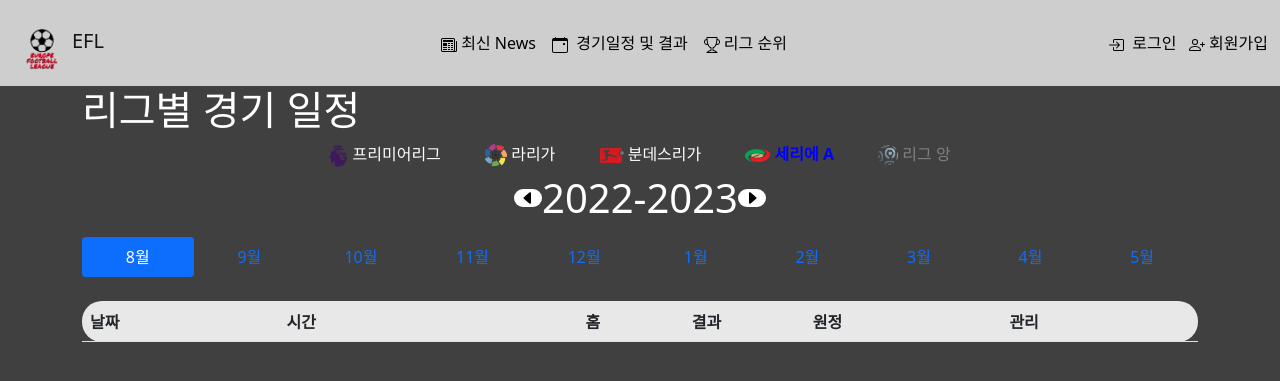
Repository: kylekimkim/uefa_project
Page: http://localhost/admin/match/2223/listSerie
The author's editor kept a copy of each file at every save. The page is drawn from the files as they stood at one save, then again after the next save.
The browser window is 1280 px wide. The pictures show the whole page.
The page is this project's Thymeleaf template; nobody is signed in. The template is opened directly, without the code that normally fills it, so the values that code supplies are empty.

Above is the page before, as saved 2022-07-22 03:49:10.

### uefa_project/src/main/resources/templates/admin/match/2223/listSerie.html
<html lang="en" xmlns:th="http:/www.thymeleaf.org">
	<head>
		<meta charset="UTF-8">
	</head>
	<style>
	.league{
		width: 100px;
	    height: 100px;
	    padding: 10px;
	    margin: 10px;
	    text-decoration: none;
	    text-align: center;
	    color:rgb(128, 128, 128);
	}
	.season{
		display: flex;
		justify-content: center;
		align-items:center;
		top:50%;
		left:50%;
		width: 50%;
	    height: 30px;
	    padding: 10px;
	    margin:0 auto;
	    text-decoration: none;
	    text-align: center;
	    font-size:40px;
	    color:white;
	}
	.move{
		background-color:white;
		border-radius:30px;
		border: 0px;
	}
	th,td{
		padding:50px;
	}
	table{
		width:100%;
	}
	.score{
		text-align: center;
	}
	h1{
		color:white;
	}
	span{
		color:white;
	}
	</style>
	<body class="admin">
		<header th:insert="header_nav.html"></header>
		<div class="container">
			<h1>리그별 경기 일정</h1>

				<p style="text-align: center;">
					<a class="league" href="/admin/match/2223/list.do">
						<span> <img src="/img/league/epl.png" alt="league_image"> 프리미어리그</span>
					</a>
					<a class="league" href="/admin/match/2223/listLaliga">
						<img src="/img/league/laliga.png" alt="league_image"><span> 라리가</span>
					</a>
					<a class="league" href="/admin/match/2223/listBundes">
						<img src="/img/league/bundes.png" alt="league_image"><span><span> 분데스리가</span>
					</a>
					<a class="league" href="/admin/match/2223/listSerie">
						<img src="/img/league/serie.png" alt="league_image"><span><strong style="color:blue"> 세리에 A</strong></span>
					</a>
					<a class="league" href="/admin/match/2223/listAng">
						<img src="/img/league/ang.png" alt="league_image"> 리그 앙</span>
					</a>
				</p>

				<div class="season">
					<button class="move" type="submit" onclick="location.href='/admin/match/2122/listSerie'">
						<svg xmlns="http://www.w3.org/2000/svg" width="16" height="16" fill="currentColor" class="bi bi-caret-left-fill" viewBox="0 0 16 16">
  							<path d="m3.86 8.753 5.482 4.796c.646.566 1.658.106 1.658-.753V3.204a1 1 0 0 0-1.659-.753l-5.48 4.796a1 1 0 0 0 0 1.506z"/>
						</svg>
					</button>
					 2022-2023
					<button class="move" type="submit" onclick="confirm()">
						<svg xmlns="http://www.w3.org/2000/svg" width="16" height="16" fill="currentColor" class="bi bi-caret-right-fill" viewBox="0 0 16 16">
							<path d="m12.14 8.753-5.482 4.796c-.646.566-1.658.106-1.658-.753V3.204a1 1 0 0 1 1.659-.753l5.48 4.796a1 1 0 0 1 0 1.506z"/>
						</svg>
					</button>
				</div>
				<br>
			<nav>
				<div class="nav nav-pills nav-justified" id="nav-tab" role="tablist">
				    <button class="nav-link active" id="aug-list-tab" data-bs-toggle="tab" data-bs-target="#aug-list" type="button" role="tab" aria-controls="aug-list" aria-selected="true">8월</button>
				    <button class="nav-link" id="sep-list-tab" data-bs-toggle="tab" data-bs-target="#sep-list" type="button" role="tab" aria-controls="sep-list" aria-selected="false">9월</button>
				    <button class="nav-link" id="oct-list-tab" data-bs-toggle="tab" data-bs-target="#oct-list" type="button" role="tab" aria-controls="oct-list" aria-selected="false">10월</button>
				    <button class="nav-link" id="nov-list-tab" data-bs-toggle="tab" data-bs-target="#nov-list" type="button" role="tab" aria-controls="nov-list" aria-selected="false">11월</button>
				  	<button class="nav-link" id="dec-list-tab" data-bs-toggle="tab" data-bs-target="#dec-list" type="button" role="tab" aria-controls="dec-list" aria-selected="false">12월</button>
				  	<button class="nav-link" id="jan-list-tab" data-bs-toggle="tab" data-bs-target="#jan-list" type="button" role="tab" aria-controls="jan-list" aria-selected="false">1월</button>
				  	<button class="nav-link" id="feb-list-tab" data-bs-toggle="tab" data-bs-target="#feb-list" type="button" role="tab" aria-controls="feb-list" aria-selected="false">2월</button>
				  	<button class="nav-link" id="mar-list-tab" data-bs-toggle="tab" data-bs-target="#mar-list" type="button" role="tab" aria-controls="mar-list" aria-selected="false">3월</button>
				  	<button class="nav-link" id="api-list-tab" data-bs-toggle="tab" data-bs-target="#api-list" type="button" role="tab" aria-controls="api-list" aria-selected="false">4월</button>
				  	<button class="nav-link" id="may-list-tab" data-bs-toggle="tab" data-bs-target="#may-list" type="button" role="tab" aria-controls="may-list" aria-selected="false">5월</button>
			  	</div>
			</nav>
			<br>
			<div class="tab-content" id="nav-tabContent">
  				<div class="tab-pane fade show active" id="aug-list" role="tabpanel" aria-labelledby="nav-home-tab">
	  				<table class="table">
						<thead>
							<th>날짜</th><th>시간</th><th style="text-align: right;">홈</th><th style="text-align: center;">결과</th><th>원정</th><th>관리</th>
						</thead>
						<tbody>
							<tr th:each="aug:${Aug}">
								<td th:text="${#dates.format(aug.matchDate,'MM-dd')}" style="color:blue"></td>
								<td th:text="${aug.matchTime}"></td>
								<td style="text-align: right;">[[${aug.homeTeam}]]<img th:src="@{/img/{img}(img=${aug.homeLogo})}" width="35px;"></td>
								<td class="score" style="font-size:20px;">[[${aug.homeScore}]] : [[${aug.awayScore}]]</td>
								<td><img th:src="@{/img/{img}(img=${aug.awayLogo})}" width="35px;">[[${aug.awayTeam}]]</td>
								<td><a  style="text-decoration:none" th:href="@{/admin/match/2223/modify(matchNum=${aug.matchNum})}">수정</a></td>
							</tr>
						</tbody>
					</table>
				</div>
				<div class="tab-pane fade" id="sep-list" role="tabpanel" aria-labelledby="nav-home-tab">
	  				<table class="table">
						<thead>
							<th>날짜</th><th>시간</th><th style="text-align: right;">홈</th><th style="text-align: center;">결과</th><th>원정</th><th>관리</th>
						</thead>
						<tbody>
							<tr th:each="sep:${Sep}">
								<td th:text="${#dates.format(sep.matchDate,'MM-dd')}" style="color:blue"></td>
								<td th:text="${sep.matchTime}"></td>
								<td style="text-align: right;">[[${sep.homeTeam}]]<img th:src="@{/img/{img}(img=${sep.homeLogo})}" width="35px;"></td>
								<td class="score" style="font-size:20px;">[[${sep.homeScore}]] : [[${sep.awayScore}]]</td>
								<td><img th:src="@{/img/{img}(img=${sep.awayLogo})}" width="35px;">[[${sep.awayTeam}]]</td>
								<td><a  style="text-decoration:none" th:href="@{/admin/match/2223/modify(matchNum=${sep.matchNum})}">수정</a></td>
							</tr>
						</tbody>
					</table>
				</div>
				<div class="tab-pane fade" id="oct-list" role="tabpanel" aria-labelledby="nav-home-tab">
	  				<table class="table">
						<thead>
							<th>날짜</th><th>시간</th><th style="text-align: right;">홈</th><th style="text-align: center;">결과</th><th>원정</th><th>관리</th>
						</thead>
						<tbody>
							<tr th:each="oct:${Oct}">
								<td th:text="${#dates.format(oct.matchDate,'MM-dd')}" style="color:blue"></td>
								<td th:text="${oct.matchTime}"></td>
								<td style="text-align: right;">[[${oct.homeTeam}]]<img th:src="@{/img/{img}(img=${oct.homeLogo})}" width="35px;"></td>
								<td class="score" style="font-size:20px;">[[${oct.homeScore}]] : [[${oct.awayScore}]]</td>
								<td><img th:src="@{/img/{img}(img=${oct.awayLogo})}" width="35px;">[[${oct.awayTeam}]]</td>
								<td><a  style="text-decoration:none" th:href="@{/admin/match/2223/modify(matchNum=${oct.matchNum})}">수정</a></td>
							</tr>
						</tbody>
					</table>
				</div>
				<div class="tab-pane fade" id="nov-list" role="tabpanel" aria-labelledby="nav-home-tab">
	  				<table class="table">
						<thead>
							<th>날짜</th><th>시간</th><th style="text-align: right;">홈</th><th style="text-align: center;">결과</th><th>원정</th><th>관리</th>
						</thead>
						<tbody>
							<tr th:each="nov:${Nov}">
								<td th:text="${#dates.format(nov.matchDate,'MM-dd')}" style="color:blue"></td>
								<td th:text="${nov.matchTime}"></td>
								<td style="text-align: right;">[[${nov.homeTeam}]]<img th:src="@{/img/{img}(img=${nov.homeLogo})}" width="35px;"></td>
								<td class="score" style="font-size:20px;">[[${nov.homeScore}]] : [[${nov.awayScore}]]</td>
								<td><img th:src="@{/img/{img}(img=${nov.awayLogo})}" width="35px;">[[${nov.awayTeam}]]</td>
								<td><a  style="text-decoration:none" th:href="@{/admin/match/2223/modify(matchNum=${nov.matchNum})}">수정</a></td>
							</tr>
						</tbody>
					</table>
				</div>
				<div class="tab-pane fade" id="dec-list" role="tabpanel" aria-labelledby="nav-home-tab">
	  				<table class="table">
						<thead>
							<th>날짜</th><th>시간</th><th style="text-align: right;">홈</th><th style="text-align: center;">결과</th><th>원정</th><th>관리</th>
						</thead>
						<tbody>
							<tr th:each="dec:${Dec}">
								<td th:text="${#dates.format(dec.matchDate,'MM-dd')}" style="color:blue"></td>
								<td th:text="${dec.matchTime}"></td>
								<td style="text-align: right;">[[${dec.homeTeam}]]<img th:src="@{/img/{img}(img=${dec.homeLogo})}" width="35px;"></td>
								<td class="score" style="font-size:20px;">[[${dec.homeScore}]] : [[${dec.awayScore}]]</td>
								<td><img th:src="@{/img/{img}(img=${dec.awayLogo})}" width="35px;">[[${dec.awayTeam}]]</td>
								<td><a  style="text-decoration:none" th:href="@{/admin/match/2223/modify(matchNum=${dec.matchNum})}">수정</a></td>
							</tr>
						</tbody>
					</table>
				</div>
				<div class="tab-pane fade" id="jan-list" role="tabpanel" aria-labelledby="nav-home-tab">
	  				<table class="table">
						<thead>
							<th>날짜</th><th>시간</th><th style="text-align: right;">홈</th><th style="text-align: center;">결과</th><th>원정</th><th>관리</th>
						</thead>
						<tbody>
							<tr th:each="jan:${Jan}">
								<td th:text="${#dates.format(jan.matchDate,'MM-dd')}" style="color:blue"></td>
								<td th:text="${jan.matchTime}"></td>
								<td style="text-align: right;">[[${jan.homeTeam}]]<img th:src="@{/img/{img}(img=${jan.homeLogo})}" width="35px;"></td>
								<td class="score" style="font-size:20px;">[[${jan.homeScore}]] : [[${jan.awayScore}]]</td>
								<td><img th:src="@{/img/{img}(img=${jan.awayLogo})}" width="35px;">[[${jan.awayTeam}]]</td>
								<td><a  style="text-decoration:none" th:href="@{/admin/match/2223/modify(matchNum=${jan.matchNum})}">수정</a></td>
							</tr>
						</tbody>
					</table>
				</div>
				<div class="tab-pane fade" id="feb-list" role="tabpanel" aria-labelledby="nav-home-tab">
	  				<table class="table">
						<thead>
							<th>날짜</th><th>시간</th><th style="text-align: right;">홈</th><th style="text-align: center;">결과</th><th>원정</th><th>관리</th>
						</thead>
						<tbody>
							<tr th:each="feb:${Feb}">
								<td th:text="${#dates.format(feb.matchDate,'MM-dd')}" style="color:blue"></td>
								<td th:text="${feb.matchTime}"></td>
								<td style="text-align: right;">[[${feb.homeTeam}]]<img th:src="@{/img/{img}(img=${feb.homeLogo})}" width="35px;"></td>
								<td class="score" style="font-size:20px;">[[${feb.homeScore}]] : [[${feb.awayScore}]]</td>
								<td><img th:src="@{/img/{img}(img=${feb.awayLogo})}" width="35px;">[[${feb.awayTeam}]]</td>
								<td><a  style="text-decoration:none" th:href="@{/admin/match/2223/modify(matchNum=${feb.matchNum})}">수정</a></td>
							</tr>
						</tbody>
					</table>
				</div>
				<div class="tab-pane fade" id="mar-list" role="tabpanel" aria-labelledby="nav-home-tab">
	  				<table class="table">
						<thead>
							<th>날짜</th><th>시간</th><th style="text-align: right;">홈</th><th style="text-align: center;">결과</th><th>원정</th><th>관리</th>
						</thead>
						<tbody>
							<tr th:each="mar:${Mar}">
								<td th:text="${#dates.format(mar.matchDate,'MM-dd')}" style="color:blue"></td>
								<td th:text="${mar.matchTime}"></td>
								<td style="text-align: right;">[[${mar.homeTeam}]]<img th:src="@{/img/{img}(img=${mar.homeLogo})}" width="35px;"></td>
								<td class="score" style="font-size:20px;">[[${mar.homeScore}]] : [[${mar.awayScore}]]</td>
								<td><img th:src="@{/img/{img}(img=${mar.awayLogo})}" width="35px;">[[${mar.awayTeam}]]</td>
								<td><a  style="text-decoration:none" th:href="@{/admin/match/2223/modify(matchNum=${mar.matchNum})}">수정</a></td>
							</tr>
						</tbody>
					</table>
				</div>
				<div class="tab-pane fade" id="api-list" role="tabpanel" aria-labelledby="nav-home-tab">
	  				<table class="table">
						<thead>
							<th>날짜</th><th>시간</th><th style="text-align: right;">홈</th><th style="text-align: center;">결과</th><th>원정</th><th>관리</th>
						</thead>
						<tbody>
							<tr th:each="api:${Api}">
								<td th:text="${#dates.format(api.matchDate,'MM-dd')}" style="color:blue"></td>
								<td th:text="${api.matchTime}"></td>
								<td style="text-align: right;">[[${api.homeTeam}]]<img th:src="@{/img/{img}(img=${api.homeLogo})}" width="35px;"></td>
								<td class="score" style="font-size:20px;">[[${api.homeScore}]] : [[${api.awayScore}]]</td>
								<td ><img th:src="@{/img/{img}(img=${api.awayLogo})}" width="35px;">[[${api.awayTeam}]]</td>
								<td><a  style="text-decoration:none" th:href="@{/admin/match/2223/modify(matchNum=${api.matchNum})}">수정</a></td>
							</tr>
						</tbody>
					</table>
				</div>
				<div class="tab-pane fade" id="may-list" role="tabpanel" aria-labelledby="nav-home-tab">
	  				<table class="table">
						<thead>
							<th>날짜</th><th>시간</th><th style="text-align: right;">홈</th><th style="text-align: center;">결과</th><th>원정</th><th>관리</th>
						</thead>
						<tbody>
							<tr th:each="may:${May}">
								<td th:text="${#dates.format(may.matchDate,'MM-dd')}" style="color:blue"></td>
								<td th:text="${may.matchTime}"></td>
								<td style="text-align: right;">[[${may.homeTeam}]]<img th:src="@{/img/{img}(img=${may.homeLogo})}" width="35px;"></td>
								<td class="score" style="font-size:20px;">[[${may.homeScore}]] : [[${may.awayScore}]]</td>
								<td><img th:src="@{/img/{img}(img=${may.awayLogo})}" width="35px;">[[${may.awayTeam}]]</td>
								<td><a  style="text-decoration:none" th:href="@{/admin/match/2223/modify(matchNum=${may.matchNum})}">수정</a></td>
							</tr>
						</tbody>
					</table>
				</div>
			</div>
		</div>
	</body>
	<script>
		function confirm(){
			alert("최신 경기 일정입니다.");
		}
	</script>
</html>

### uefa_project/src/main/resources/templates/header_nav.html
<html lang="ko" xmlns:th="http://www.thymeleaf.org">
	<head>
	<meta charset="UTF-8">
		<link href="https://cdn.jsdelivr.net/npm/bootstrap@5.1.3/dist/css/bootstrap.min.css" rel="stylesheet" integrity="sha384-1BmE4kWBq78iYhFldvKuhfTAU6auU8tT94WrHftjDbrCEXSU1oBoqyl2QvZ6jIW3" crossorigin="anonymous">
		<script src="https://cdn.jsdelivr.net/npm/bootstrap@5.1.3/dist/js/bootstrap.bundle.min.js" integrity="sha384-ka7Sk0Gln4gmtz2MlQnikT1wXgYsOg+OMhuP+IlRH9sENBO0LRn5q+8nbTov4+1p" crossorigin="anonymous"></script>
	</head>
	<style>
	table{
			background-color:rgb(232, 232, 232);
			border-radius:20px;
		}
	.admin{
		background-color: rgb(64, 64, 64);
	}
	#navItem{
		color:black;
	}
	#navItem:hover{
		color:blue;
		font-size:large;
	}
	</style>
	<body>
		<nav class="navbar navbar-expand-lg navbar-light" style="background-color:rgb(206, 206, 206);">
			<div class="container-fluid">
			    <a class="navbar-brand" href="/"><img src="/img/logo.png" alt="league_image" width=60px; >EFL</a>
				<div class="collapse navbar-collapse justify-content-between" id="navbarNavDropdown">
					<ul class="navbar-nav"  style="margin:auto">
						<li class="nav-item" style="margin:auto">
							<a class="nav-link" href="#" id="navItem">
								<svg xmlns="http://www.w3.org/2000/svg" width="16" height="16" fill="currentColor" class="bi bi-newspaper" viewBox="0 0 16 16">
								  <path d="M0 2.5A1.5 1.5 0 0 1 1.5 1h11A1.5 1.5 0 0 1 14 2.5v10.528c0 .3-.05.654-.238.972h.738a.5.5 0 0 0 .5-.5v-9a.5.5 0 0 1 1 0v9a1.5 1.5 0 0 1-1.5 1.5H1.497A1.497 1.497 0 0 1 0 13.5v-11zM12 14c.37 0 .654-.211.853-.441.092-.106.147-.279.147-.531V2.5a.5.5 0 0 0-.5-.5h-11a.5.5 0 0 0-.5.5v11c0 .278.223.5.497.5H12z"/>
								  <path d="M2 3h10v2H2V3zm0 3h4v3H2V6zm0 4h4v1H2v-1zm0 2h4v1H2v-1zm5-6h2v1H7V6zm3 0h2v1h-2V6zM7 8h2v1H7V8zm3 0h2v1h-2V8zm-3 2h2v1H7v-1zm3 0h2v1h-2v-1zm-3 2h2v1H7v-1zm3 0h2v1h-2v-1z"/>
								</svg>&nbsp;최신 News
							</a>
						</li>
						<li class="nav-item"  style="margin:auto">
							<a class=nav-link href="/match/2122/list.do" id="navItem">
								<svg xmlns="http://www.w3.org/2000/svg" width="16" height="16" fill="currentColor" class="bi bi-calendar-event" viewBox="0 0 16 16">
								  <path d="M11 6.5a.5.5 0 0 1 .5-.5h1a.5.5 0 0 1 .5.5v1a.5.5 0 0 1-.5.5h-1a.5.5 0 0 1-.5-.5v-1z"/>
								  <path d="M3.5 0a.5.5 0 0 1 .5.5V1h8V.5a.5.5 0 0 1 1 0V1h1a2 2 0 0 1 2 2v11a2 2 0 0 1-2 2H2a2 2 0 0 1-2-2V3a2 2 0 0 1 2-2h1V.5a.5.5 0 0 1 .5-.5zM1 4v10a1 1 0 0 0 1 1h12a1 1 0 0 0 1-1V4H1z"/>
								</svg> &nbsp;경기일정 및 결과
							</a>
						</li>
						<li class="nav-item"  style="margin:auto">
							<a class=nav-link href="/team/rank.do" id="navItem">
								<svg xmlns="http://www.w3.org/2000/svg" width="16" height="16" fill="currentColor" class="bi bi-trophy" viewBox="0 0 16 16">
								  <path d="M2.5.5A.5.5 0 0 1 3 0h10a.5.5 0 0 1 .5.5c0 .538-.012 1.05-.034 1.536a3 3 0 1 1-1.133 5.89c-.79 1.865-1.878 2.777-2.833 3.011v2.173l1.425.356c.194.048.377.135.537.255L13.3 15.1a.5.5 0 0 1-.3.9H3a.5.5 0 0 1-.3-.9l1.838-1.379c.16-.12.343-.207.537-.255L6.5 13.11v-2.173c-.955-.234-2.043-1.146-2.833-3.012a3 3 0 1 1-1.132-5.89A33.076 33.076 0 0 1 2.5.5zm.099 2.54a2 2 0 0 0 .72 3.935c-.333-1.05-.588-2.346-.72-3.935zm10.083 3.935a2 2 0 0 0 .72-3.935c-.133 1.59-.388 2.885-.72 3.935zM3.504 1c.007.517.026 1.006.056 1.469.13 2.028.457 3.546.87 4.667C5.294 9.48 6.484 10 7 10a.5.5 0 0 1 .5.5v2.61a1 1 0 0 1-.757.97l-1.426.356a.5.5 0 0 0-.179.085L4.5 15h7l-.638-.479a.501.501 0 0 0-.18-.085l-1.425-.356a1 1 0 0 1-.757-.97V10.5A.5.5 0 0 1 9 10c.516 0 1.706-.52 2.57-2.864.413-1.12.74-2.64.87-4.667.03-.463.049-.952.056-1.469H3.504z"/>
								</svg>&nbsp;리그 순위
							</a>
						</li>
						  <li class="nav-item dropdown" th:if="${session.memVo} and ${session.memVo.grade == 0}">
						    <a class="nav-link dropdown-toggle" data-bs-toggle="dropdown" href="#" role="button" aria-expanded="false" id="navItem">관리자 전용</a>
						    <ul class="dropdown-menu">
						      <li><a class="dropdown-item" href="/mem/list.do">멤버 관리</a></li>
						      <li><a class="dropdown-item" href="/team/list.do">Team 순위 관리</a></li>
						      <li><a class="dropdown-item" href="/admin/match/2122/list.do">경기 일정 관리 </a></li>
						    </ul>
						  </li>
					</ul>
					<div th:if="${session.memVo}">
						<svg  th:if="${session.memVo.grade == 0}" xmlns="http://www.w3.org/2000/svg" width="16" height="16" fill="currentColor" class="bi bi-person-circle" viewBox="0 0 16 16">
						  <path d="M11 6a3 3 0 1 1-6 0 3 3 0 0 1 6 0z"/>
						  <path fill-rule="evenodd" d="M0 8a8 8 0 1 1 16 0A8 8 0 0 1 0 8zm8-7a7 7 0 0 0-5.468 11.37C3.242 11.226 4.805 10 8 10s4.757 1.225 5.468 2.37A7 7 0 0 0 8 1z"/>
						</svg>
						<svg th:if="${session.memVo.grade != 0}" xmlns="http://www.w3.org/2000/svg" width="16" height="16" fill="currentColor" class="bi bi-person" viewBox="0 0 16 16">
						  <path d="M8 8a3 3 0 1 0 0-6 3 3 0 0 0 0 6zm2-3a2 2 0 1 1-4 0 2 2 0 0 1 4 0zm4 8c0 1-1 1-1 1H3s-1 0-1-1 1-4 6-4 6 3 6 4zm-1-.004c-.001-.246-.154-.986-.832-1.664C11.516 10.68 10.289 10 8 10c-2.29 0-3.516.68-4.168 1.332-.678.678-.83 1.418-.832 1.664h10z"/>
						</svg>
						<span th:text="${session.memVo}?${session.memVo.id}:''"></span>
						(<span th:text="${session.memVo?.name}"></span>)
						님 로그인
						&nbsp;&nbsp;
						<a  class="btn btn-outline-primary position-relative" th:href="@{/team/myteam(teamNum=${session.memVo.myteam})}" th:if="${session.memVo.myteam}">
							My Team
							</span>
						</a>
						<a  class="btn btn-outline-primary position-relative" th:href="@{/team/select(id=${session.memVo.id})}" th:if="${session.memVo.myteam==null}">
							My Team을 설정하세요
							</span>
						</a>
						&nbsp;&nbsp;
						<a 	href="/mem/logout" style="text-decoration:none; color:black;">
							<svg xmlns="http://www.w3.org/2000/svg" width="16" height="16" fill="currentColor" class="bi bi-box-arrow-left" viewBox="0 0 16 16">
							  <path fill-rule="evenodd" d="M6 12.5a.5.5 0 0 0 .5.5h8a.5.5 0 0 0 .5-.5v-9a.5.5 0 0 0-.5-.5h-8a.5.5 0 0 0-.5.5v2a.5.5 0 0 1-1 0v-2A1.5 1.5 0 0 1 6.5 2h8A1.5 1.5 0 0 1 16 3.5v9a1.5 1.5 0 0 1-1.5 1.5h-8A1.5 1.5 0 0 1 5 12.5v-2a.5.5 0 0 1 1 0v2z"/>
							  <path fill-rule="evenodd" d="M.146 8.354a.5.5 0 0 1 0-.708l3-3a.5.5 0 1 1 .708.708L1.707 7.5H10.5a.5.5 0 0 1 0 1H1.707l2.147 2.146a.5.5 0 0 1-.708.708l-3-3z"/>
							</svg>&nbsp;로그아웃
						</a>

					</div>
	 				<div class="d-flex" th:if="!${session.memVo}">
						<a 	href="/mem/login" style="text-decoration:none; color:black;">
							<svg xmlns="http://www.w3.org/2000/svg" width="16" height="16" fill="currentColor" class="bi bi-box-arrow-in-right" viewBox="0 0 16 16">
							  <path fill-rule="evenodd" d="M6 3.5a.5.5 0 0 1 .5-.5h8a.5.5 0 0 1 .5.5v9a.5.5 0 0 1-.5.5h-8a.5.5 0 0 1-.5-.5v-2a.5.5 0 0 0-1 0v2A1.5 1.5 0 0 0 6.5 14h8a1.5 1.5 0 0 0 1.5-1.5v-9A1.5 1.5 0 0 0 14.5 2h-8A1.5 1.5 0 0 0 5 3.5v2a.5.5 0 0 0 1 0v-2z"/>
							  <path fill-rule="evenodd" d="M11.854 8.354a.5.5 0 0 0 0-.708l-3-3a.5.5 0 1 0-.708.708L10.293 7.5H1.5a.5.5 0 0 0 0 1h8.793l-2.147 2.146a.5.5 0 0 0 .708.708l3-3z"/>
							</svg> &nbsp;로그인
						</a>&nbsp;&nbsp;&nbsp;
						<a 	href="/mem/signup" style="text-decoration:none; color:black;">
							<svg xmlns="http://www.w3.org/2000/svg" width="16" height="16" fill="currentColor" class="bi bi-person-plus" viewBox="0 0 16 16">
							  <path d="M6 8a3 3 0 1 0 0-6 3 3 0 0 0 0 6zm2-3a2 2 0 1 1-4 0 2 2 0 0 1 4 0zm4 8c0 1-1 1-1 1H1s-1 0-1-1 1-4 6-4 6 3 6 4zm-1-.004c-.001-.246-.154-.986-.832-1.664C9.516 10.68 8.289 10 6 10c-2.29 0-3.516.68-4.168 1.332-.678.678-.83 1.418-.832 1.664h10z"/>
							  <path fill-rule="evenodd" d="M13.5 5a.5.5 0 0 1 .5.5V7h1.5a.5.5 0 0 1 0 1H14v1.5a.5.5 0 0 1-1 0V8h-1.5a.5.5 0 0 1 0-1H13V5.5a.5.5 0 0 1 .5-.5z"/>
							</svg>&nbsp;회원가입
						</a>
					</div>
				</div>
			</div>
		</nav>
	</body>
</html>

After the next save:
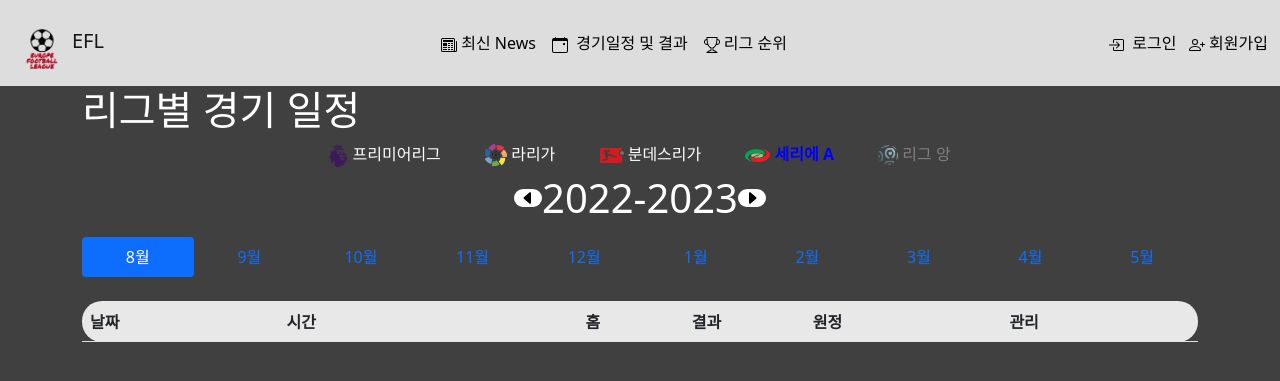
Saved 21 s later.
--- a/uefa_project/src/main/resources/templates/header_nav.html
+++ b/uefa_project/src/main/resources/templates/header_nav.html
@@ -21,7 +21,7 @@
 	}
 	</style>
 	<body>
-		<nav class="navbar navbar-expand-lg navbar-light" style="background-color:rgb(206, 206, 206);">
+		<nav class="navbar navbar-expand-lg navbar-light" style="background-color:rgb(221, 221, 221);">
 			<div class="container-fluid">
 			    <a class="navbar-brand" href="/"><img src="/img/logo.png" alt="league_image" width=60px; >EFL</a>
 				<div class="collapse navbar-collapse justify-content-between" id="navbarNavDropdown">
